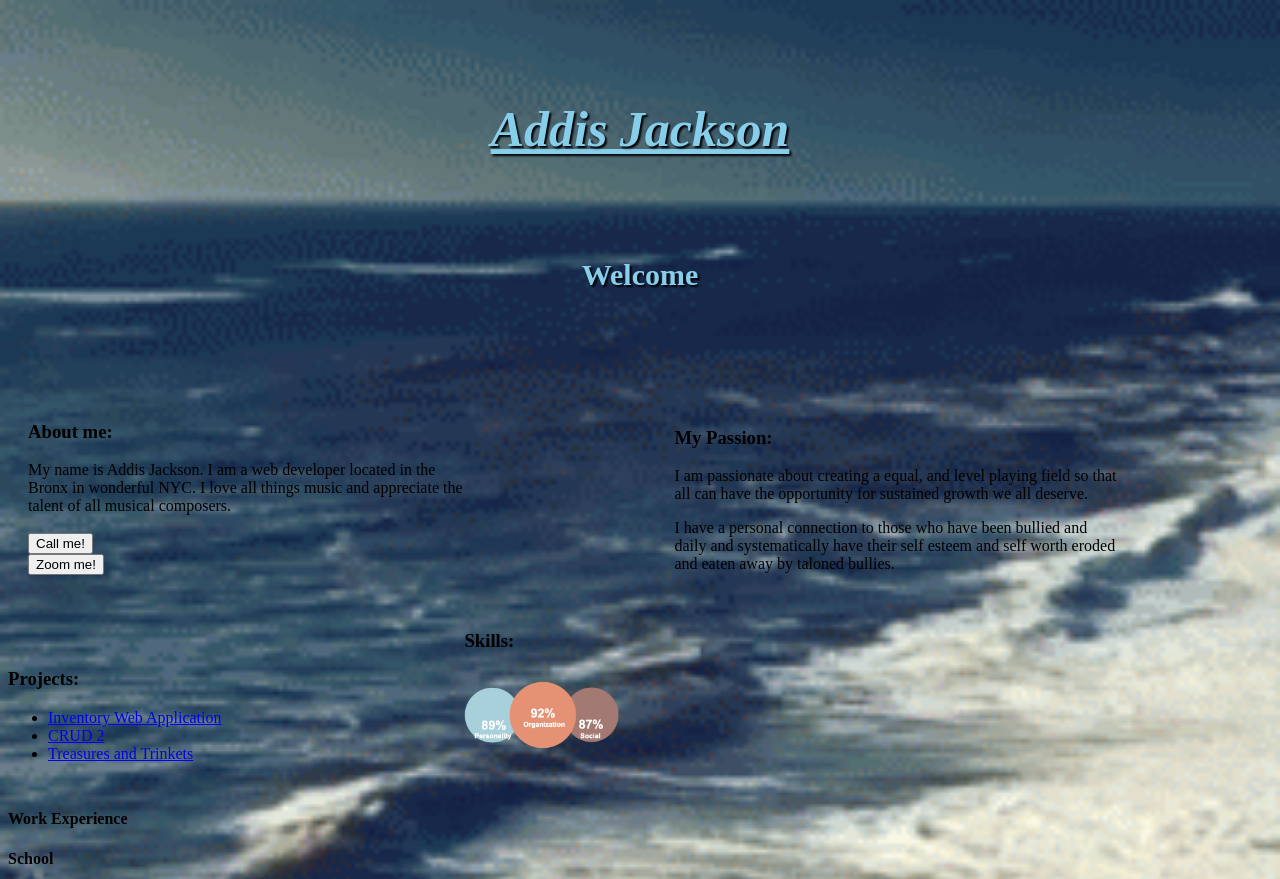
Repository: 10-2-pursuit/lab-design-assets
Page: index.html
An editor plug-in stored every save of this project. The page is shown before and after the next save, followed by the edit.
The browser window is 1280 px wide. The pictures show the part of the page from y = 0 to 879 px (the page is 1941 px tall).
A picture or video elsewhere on the page could not be fetched, so the positions and the page height are approximate.

Above is the page before, as saved 2023-07-16 06:35:09.

### index.html
<!DOCTYPE html>
<html lang="en">
  <head>
    <meta charset="UTF-8" />
    <meta http-equiv="X-UA-Compatible" content="IE=edge" />
    <meta name="viewport" content="width=device-width, initial-scale=1.0" />
    <link rel="stylesheet" href="style.css" />
    <title>MY PORTFOLIO</title>
  </head>
  <body>
    <header>
      <h1>Addis Jackson</h1>
    </header>
    <main>
      <section>
        <h2>Welcome</h2>
        <article for="about" class="about">
          <h3>About me:</h3>
          <p>
            My name is Addis Jackson.
            I am a web developer located in the Bronx in wonderful NYC.
            I love all things music and appreciate the talent of all musical composers.
            <br>
            <br>
            <button for="callMe">Call me!</button>
            <br>
            <button for="zoomMe" href=""https://us06web.zoom.us/j/7717484238">Zoom me!</button>
          </p>
        </article>
        <article for="passion" class="passion">
          <h3>My Passion:</h3>
          <p>I am passionate about creating a equal, and level playing field so that all can have the opportunity for sustained growth we all deserve.</p>
          <p>I have a personal connection to those who have been bullied and daily and systematically have their self esteem and self worth eroded and eaten away by taloned bullies.</p>

        </article>
      </section>
      <section>
        <article class="projects">
          <h3>Projects:</h3>
          <ul>
            <!-- TO DO LINK TO THE THREE LABS OR PROJECTS YOU ARE MOST PROUD OF SO FAR -->
            <li><a href="https://github.com/addisjackson/inventory-web-application">Inventory Web Application</a></li>
            <li><a href="https://github.com/addisjackson/crud2">CRUD 2</a></li>
            <li><a href="https://github.com/addisjackson/Treasures-and-Trinkets-Project-AddisJackson">Treasures and Trinkets</a></li>
          </ul>
        </article>
        <article class="skills">
        <h3>Skills:</h3>
          <img src="./assets/Pasted Graphic 1.png" alt="Skills section"></img>
        </article>
      </section>
    </main>
    <aside>
      <h4>Work Experience</h4>
      <!-- add whatever details you want here -->
      <h4>School</h4>
      <!-- add whatever details you want here -->
    </aside>
    <footer>
      <ul>
        <li>
          <!-- TO DO UPDATE LINKS TO GO TO YOUR PROFILES/EMAIL -->
          <a href="https://www.linkedin.com/addisjackson"
            ><img src="./assets/LinkedIn-Logos/LI-Logo.png" alt=""
          /></a>
        </li>
        <li>
          <a href="https://github.com/addisjackson"
            ><img src="./assets/github-mark/github-mark.png" alt=""
          /></a>
        </li>
        <li>
          <a href="mailto:addisjackson@pursuit.org"
            ><img src="./assets/email-g8e9fd44a3_640.png" alt="Email me"
          /></a>
        </li>
      </ul>
    </footer>
  </body>
</html>

### style.css
body {
    background-image: url("./assets/waves-beach.gif");
    background-repeat: no-repeat;
    background-size: cover;
}

h1 {
    font-size: 50px;
    color: skyblue;
    text-align: center;
    margin-top: 100px;
    margin-bottom: 100px;
    text-shadow: 2px 2px 2px black;
    font-weight: bold;
    font-family: Calibri Light, Calibri,;
    font-style: italic;
    text-decoration: underline;
}

h2 {
    font-size: 30px;
    color: skyblue;
    text-align: center;
    margin-top: 100px;
    margin-bottom: 100px;
    text-shadow: 2px 2px 2px black;
    font-weight: bold;
    font-family: fantasy;
}

article {
    display: inline-block;
}

.about {
    text-align: left;
    margin-top: 10px;
    margin-bottom: 10px;
    margin-left: 20px;
    margin-right: 200px;
    width: 35%
}

.about p {
    word-wrap: width ;
}
.passion p {
    word-wrap: width ;
}

.passion {
    text-align: left;
    margin-top: 10px;
    margin-bottom: 10px;
    margin-right: 20px;
    width: 35%
}

.projects .skills {
    display: inline-block;
}

.projects {
    text-align: left;
    margin-top: 10px;
    margin-bottom: 10px;
    margin-right: 10px;
    width: 35%;
}

.skills {
    text-align: left;
    margin-top: 10px;
    margin-bottom: 10px;
    margin-right: 20px;
    width: 35%;
}

Img {
    margin-left: auto;
    margin-right: auto;
    width: 35%;
    height: auto;
    margin-top: 10px;
    margin-bottom: 10px;
    margin-right: 20px;
}

footer, img {
    margin-left: auto;
    margin-right: auto;
    height: 25%;
}

After the next save:
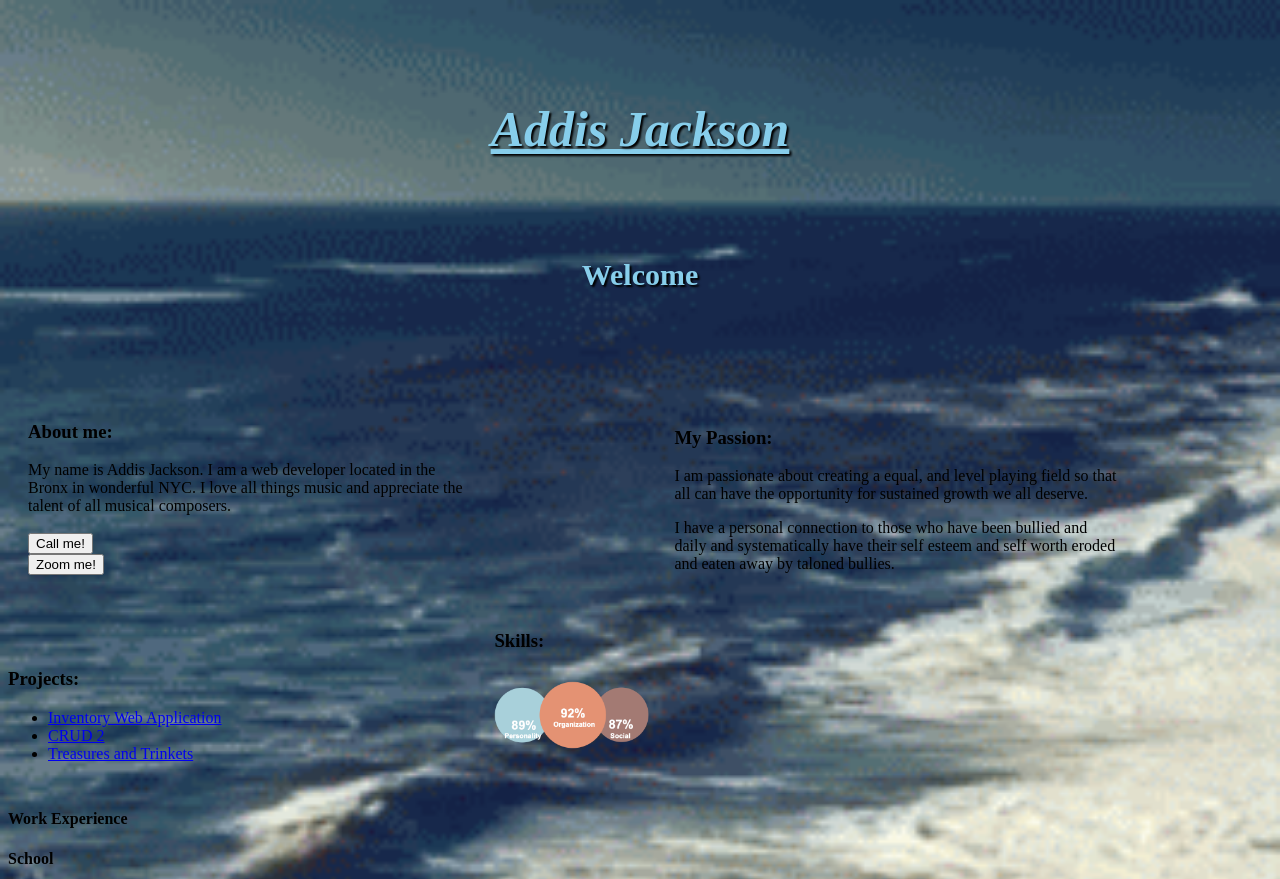
Saved 69 s later.
--- a/style.css
+++ b/style.css
@@ -64,7 +64,7 @@ article {
     text-align: left;
     margin-top: 10px;
     margin-bottom: 10px;
-    margin-right: 10px;
+    margin-right: 40px;
     width: 35%;
 }
 
